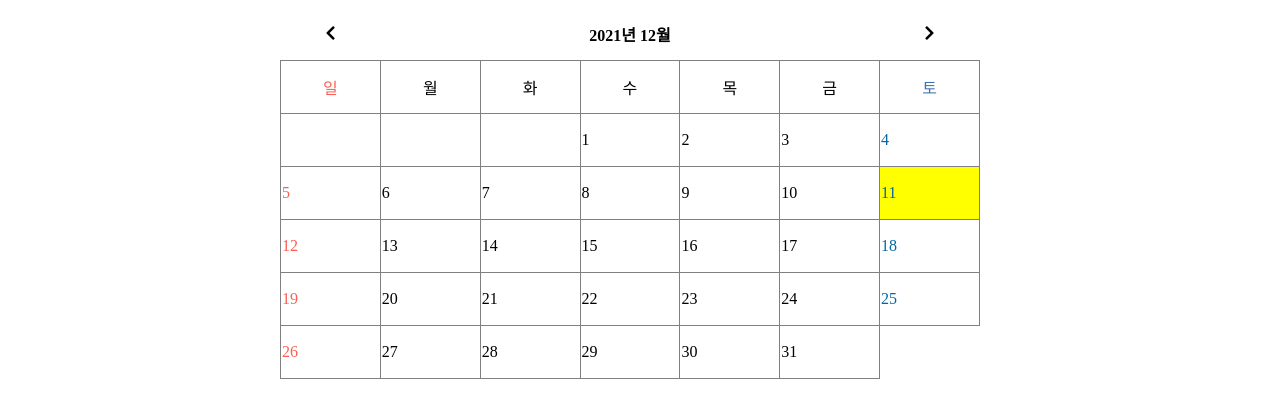
Repository: shin-sj/Checkkeu
Page: http://localhost/test2/WEB-INF/user/calendar.jsp
The author's editor kept a copy of each file at every save. The page is drawn from the files as they stood at one save, then again after the next save.
The browser window is 1280 px wide. The pictures show the whole page.
Some web libraries are served in a nearby version. The page is served by Tomcat 9. Nobody is signed in. The template is opened directly, without the code that normally fills it, so the values that code supplies are empty.

Above is the page before, as saved 2021-12-15 16:30:02.

After the next save:
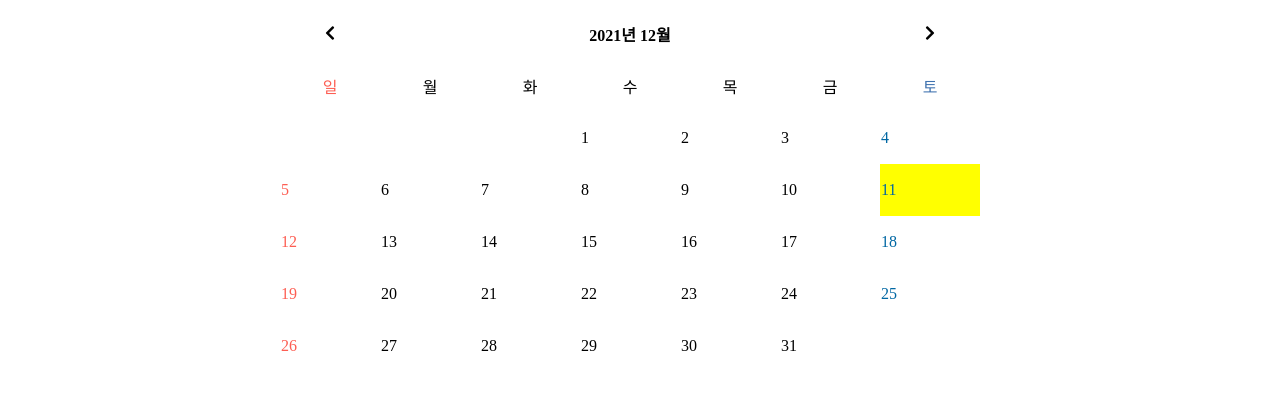
Saved 17 s later.
--- a/test2/src/main/webapp/WEB-INF/user/calendar.jsp
+++ b/test2/src/main/webapp/WEB-INF/user/calendar.jsp
@@ -41,7 +41,7 @@
 	td{
 		width: 100px;
 		height: 50px;
-		border: solid 0.5px gray;
+		border: none;
 		border-collapse : collapse;
 	}
 	th {

After the save that followed:
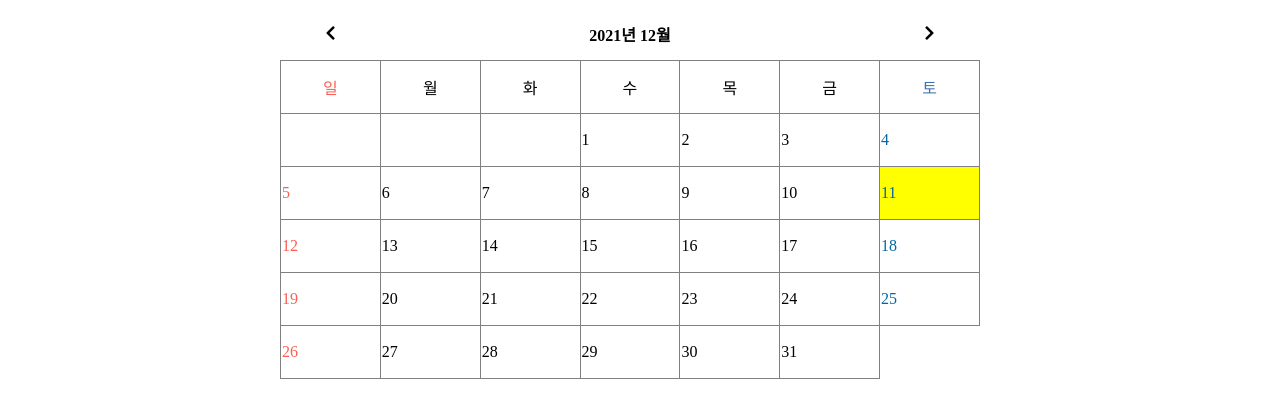
Saved 10 s later.
--- a/test2/src/main/webapp/WEB-INF/user/calendar.jsp
+++ b/test2/src/main/webapp/WEB-INF/user/calendar.jsp
@@ -41,7 +41,7 @@
 	td{
 		width: 100px;
 		height: 50px;
-		border: none;
+		border: solid 0.5px gray;
 		border-collapse : collapse;
 	}
 	th {
